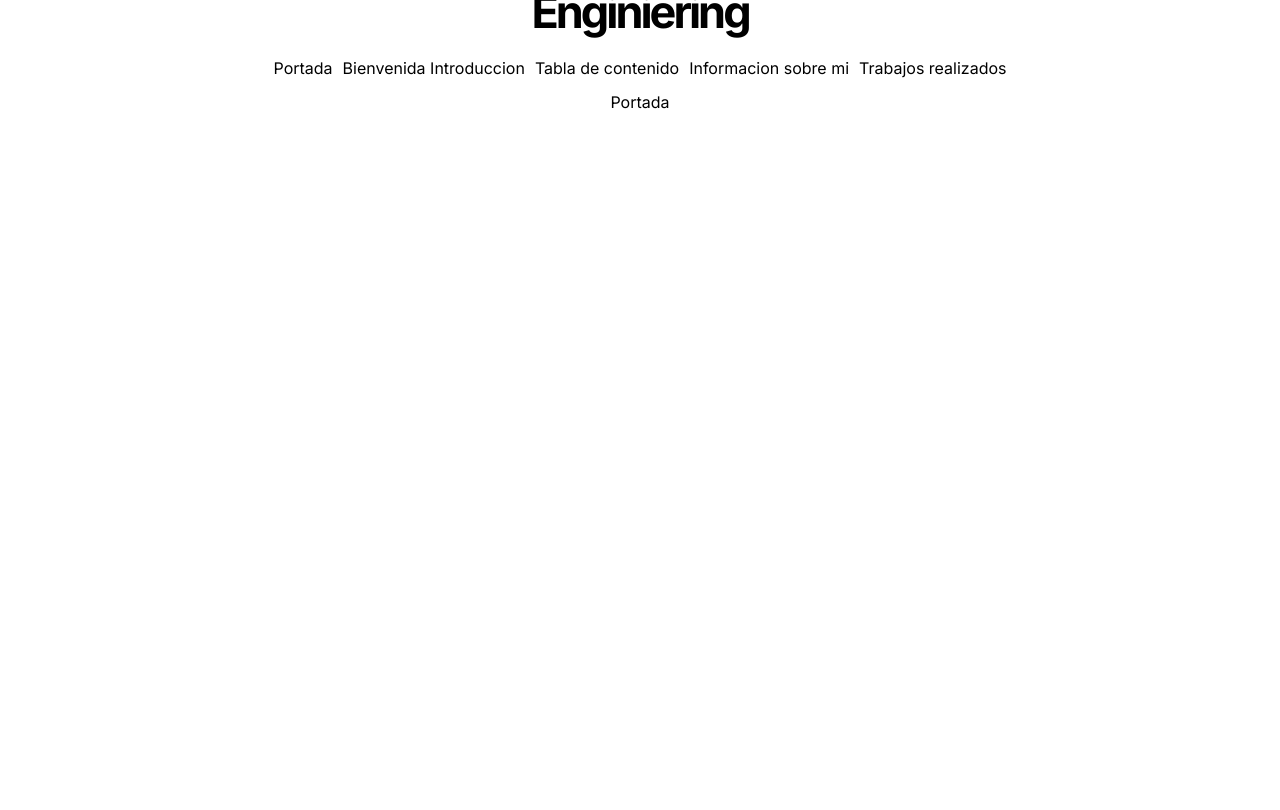
Repository: devsecops-node/portafolio-nextj-pages
Page: /
An editor plug-in stored every save of this project. The page is shown before and after the next save, followed by the edit.
The browser window is 1280 px wide. The pictures show the whole page.
The project was rebuilt for these pictures with package versions that can differ from the ones it lists, and the page was loaded fresh each time. The framework's server and built-in components were replaced by stand-ins that run in the browser. Also part of the build but not shown: next.config.js, src/styles/transitionPage.module.css.

Above is the page before, as saved 2024-01-15 03:46:16.

### src/app/page.js
"use client"
import Dashboard from '@/components/Dashboard'
import Transition from '@/components/Transition'
import Image from 'next/image'
import { useEffect, useState } from 'react'

export default function Home() {
  const [showAnimation, setShowAnimation] = useState(true)

  useEffect(() => {
    console.log('Ejecutando')
    setTimeout(() => {
      setShowAnimation(false)
    }, 2000)
  }, [])
  return (
    <main className='h-[100vh]'>
      {showAnimation ? <Transition /> : <Dashboard />}
    </main>
  )
}

### src/components/Dashboard.jsx
import React from 'react'
import stles from "@/styles/dashboard.module.css"
import Portada from './Portada'

const Dashboard = () => {
  return (
    <section className={stles.home_view}>
      <div className={stles.home_view_principal}>
        <p className={stles.animar_text} id='detec'> Hey, I am <span className="animacion-bolder">Jordan
          Huaman</span>, I am asphiring to <span className={stles.detect}>Software Enginiering</span>
        </p>
      </div>
      <div className={stles.home_view_links}>
        <a href="" className={stles.animar_abajo}>
          <p>Portada</p>
        </a>
        <a href="" className={stles.animar_abajo}>
          <p>Bienvenida Introduccion</p>
        </a>
        <a href="" className={stles.animar_arriba}>
          <p>Tabla de contenido</p>
        </a><a href="" className={stles.animar_arriba}>
          <p>Informacion sobre mi</p>
        </a>
        <a href="" className={stles.animar_abajo}>
          <p>Trabajos realizados</p>
        </a>

      </div>
      <div>
      <Portada/>
      </div>
    </section>
  )
}

export default Dashboard

### src/components/Transition.jsx
import React from 'react'
import styles from "@/styles/transitionPage.module.css"

const Transition = () => {
  return (
    <div className={styles.home}>
      <main className=''>
        <p className={styles.text_1}>Jh</p>
        <p className={styles.text_2}>Jordan Huaman - Porfolio</p>
      </main>
      <footer>
        <p className={styles.text_3}>Software Engineerin - 2024</p>
      </footer>
    </div>
  )
}

export default Transition

### src/styles/dashboard.module.css
/* ? Home-view part */
.home_view {
  height: 100%;
  display: flex;
  flex-direction: column;
  justify-content: center;
  align-items: center;
}

.animar_text {
  animation: apper-2 2s;
  -webkit-animation: apper-2 2s;
}

.home_view_principal {
  width: 90%;
  margin: 0 auto;
}

.home_view_principal p {
  text-align: center;
  font-size: 40px;
}

.home_view_principal p span {
  font-size: 45px;
  letter-spacing: -3px;
  font-weight: bold;
}

.home_view_principal p span:hover .child {
  background-color: red;
}

@keyframes apper-2 {
  0% {
    opacity: 0;
    transform: translateY(-200px);
    -webkit-transform: translateY(-200px);
    -moz-transform: translateY(-200px);
    -ms-transform: translateY(-200px);
    -o-transform: translateY(-200px);
  }

  50% {
    opacity: 1;
    transform: translateY(-20px);
    -webkit-transform: translateY(-20px);
    -moz-transform: translateY(-20px);
    -ms-transform: translateY(-20px);
    -o-transform: translateY(-20px);
  }

  100% {
    opacity: 1;
    transform: translateY(0px);
    -webkit-transform: translateY(0px);
    -moz-transform: translateY(0px);
    -ms-transform: translateY(0px);
    -o-transform: translateY(0px);
  }
}

.home_view_links {
  display: flex;
  padding: 10px;
  justify-content: space-between;
  gap: 10px;
}

/* Line aniamtion */
.line-animation {
  display: inline;
  cursor: pointer;
  position: relative;
  /* padding: 5px; */
}

.line-animation::after {
  /* margin-top: 10px; */
  content: "";
  position: absolute;
  width: 100%;
  height: 3px;
  top: auto;
  bottom: 14px;
  left: -4px;
  transform: scaleX(0);
  box-shadow: 0 5px 0 black;
  transform-origin: bottom right;
  transition: transform 0.5s ease-out;
}

.line-animation:hover:after {
  transform: scaleX(1);
  transform-origin: bottom left;
}

.animacion-bolder {
  animation: animar-bold 2s linear alternate slidein;
  -webkit-animation: animar-bold 2s linear alternate slidein;
}

.animar_arriba{
  animation: apper-arriba 2s;
  -webkit-animation: apper-arriba 2s;
}
.animar_abajo{
  animation: apper-abajo 2s;
  -webkit-animation: apper-abajo 2s;
}

@keyframes apper-arriba {
  0% {
    opacity: 0;
    transform: translateY(200px);
    -webkit-transform: translateY(200px);
    -moz-transform: translateY(200px);
    -ms-transform: translateY(200px);
    -o-transform: translateY(200px);
}

  50% {
    opacity: 1;
    transform: translateY(-20px);
    -webkit-transform: translateY(-20px);
    -moz-transform: translateY(-20px);
    -ms-transform: translateY(-20px);
    -o-transform: translateY(-20px);
  }

  100% {
    opacity: 1;
    transform: translateY(0px);
    -webkit-transform: translateY(0px);
    -moz-transform: translateY(0px);
    -ms-transform: translateY(0px);
    -o-transform: translateY(0px);
  }
}
@keyframes apper-abajo {
  0% {
    opacity: 0;
    transform: translateY(-200px);
    -webkit-transform: translateY(-200px);
    -moz-transform: translateY(-200px);
    -ms-transform: translateY(-200px);
    -o-transform: translateY(-200px);
}

  50% {
    opacity: 1;
    transform: translateY(-20px);
    -webkit-transform: translateY(-20px);
    -moz-transform: translateY(-20px);
    -ms-transform: translateY(-20px);
    -o-transform: translateY(-20px);
  }

  100% {
    opacity: 1;
    transform: translateY(0px);
    -webkit-transform: translateY(0px);
    -moz-transform: translateY(0px);
    -ms-transform: translateY(0px);
    -o-transform: translateY(0px);
  }
}

@keyframes animar-bold {
  0% {
    opacity: 0;
  }

  100% {
    opacity: 1;
  }
}

### src/components/Portada.jsx
import React from 'react'

const Portada = () => {
  return (
    <div className='h-screen'>Portada</div>
  )
}

export default Portada

Loaded but not shown: src/app/layout.js (common file); src/app/globals.css (common file); tailwind.config.js (common file)

After the next save:
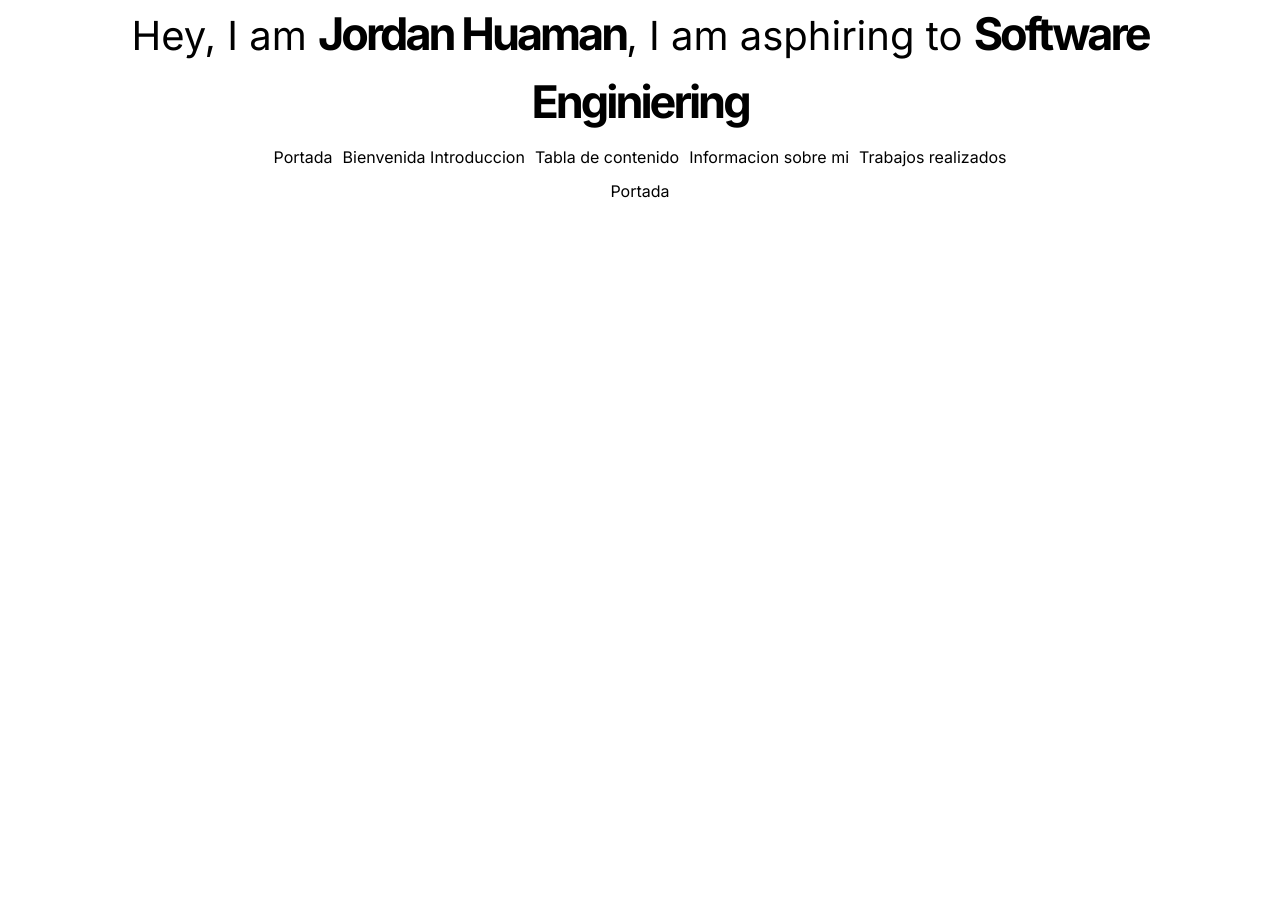
Saved 16 s later.
--- a/src/styles/dashboard.module.css
+++ b/src/styles/dashboard.module.css
@@ -1,6 +1,6 @@
 /* ? Home-view part */
 .home_view {
-  height: 100%;
+  height: h-s;
   display: flex;
   flex-direction: column;
   justify-content: center;

After the save that followed:
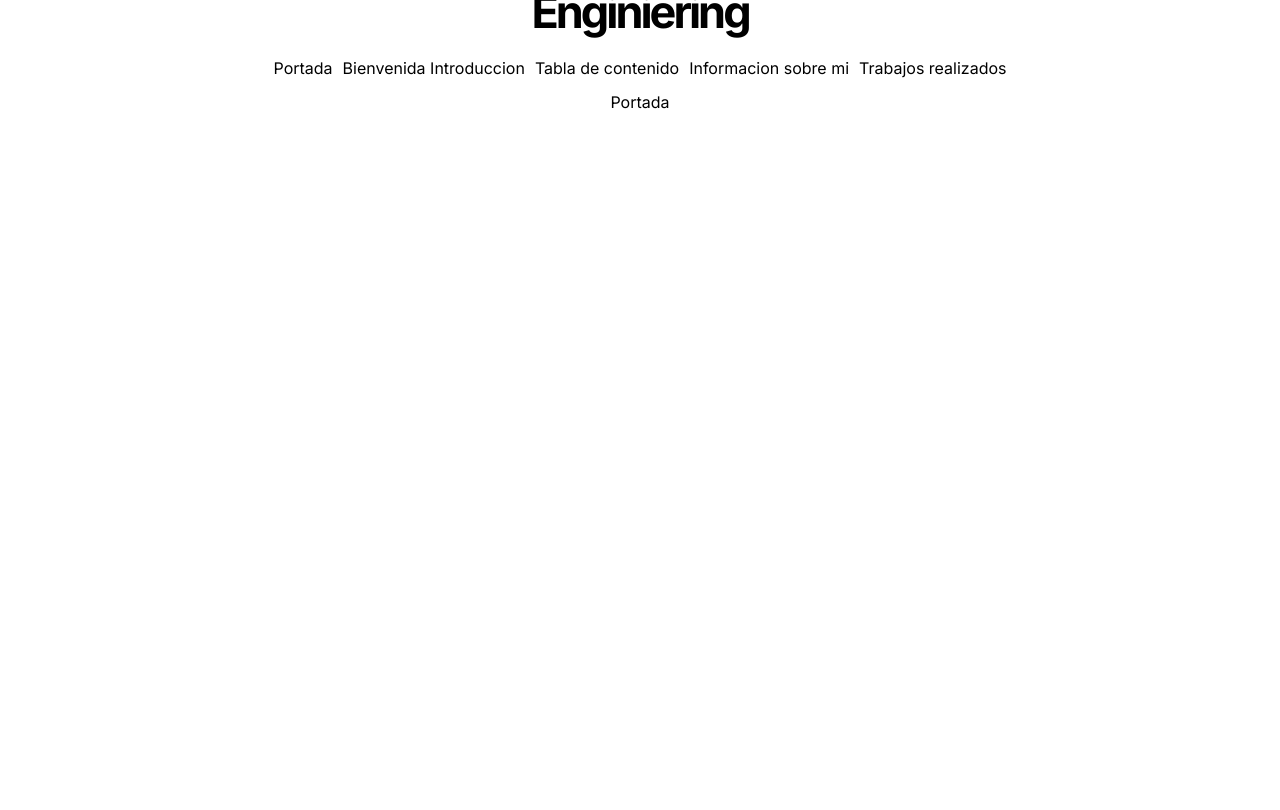
Saved 13 s later.
--- a/src/styles/dashboard.module.css
+++ b/src/styles/dashboard.module.css
@@ -1,6 +1,6 @@
 /* ? Home-view part */
 .home_view {
-  height: h-s;
+  height: 100%;
   display: flex;
   flex-direction: column;
   justify-content: center;
